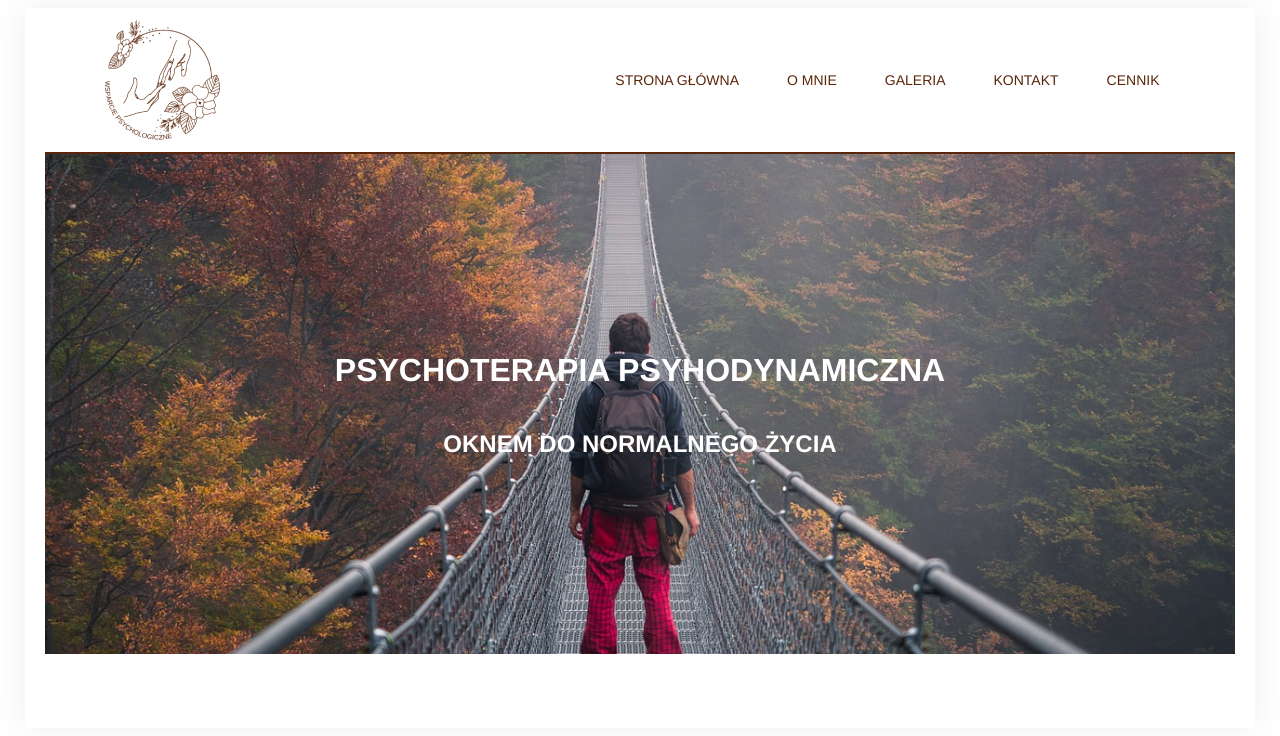
Repository: Kondzioor/szczepan-page
Page: /
The author's editor kept a copy of each file at every save. The page is drawn from the files as they stood at one save, then again after the next save.
The browser window is 1280 px wide. The pictures show the whole page.
Some web libraries are served in a nearby version. The project was rebuilt for these pictures with package versions that can differ from the ones it lists, and the page was loaded fresh each time.

Above is the page before, as saved 2022-03-28 20:47:13.

After the next save:
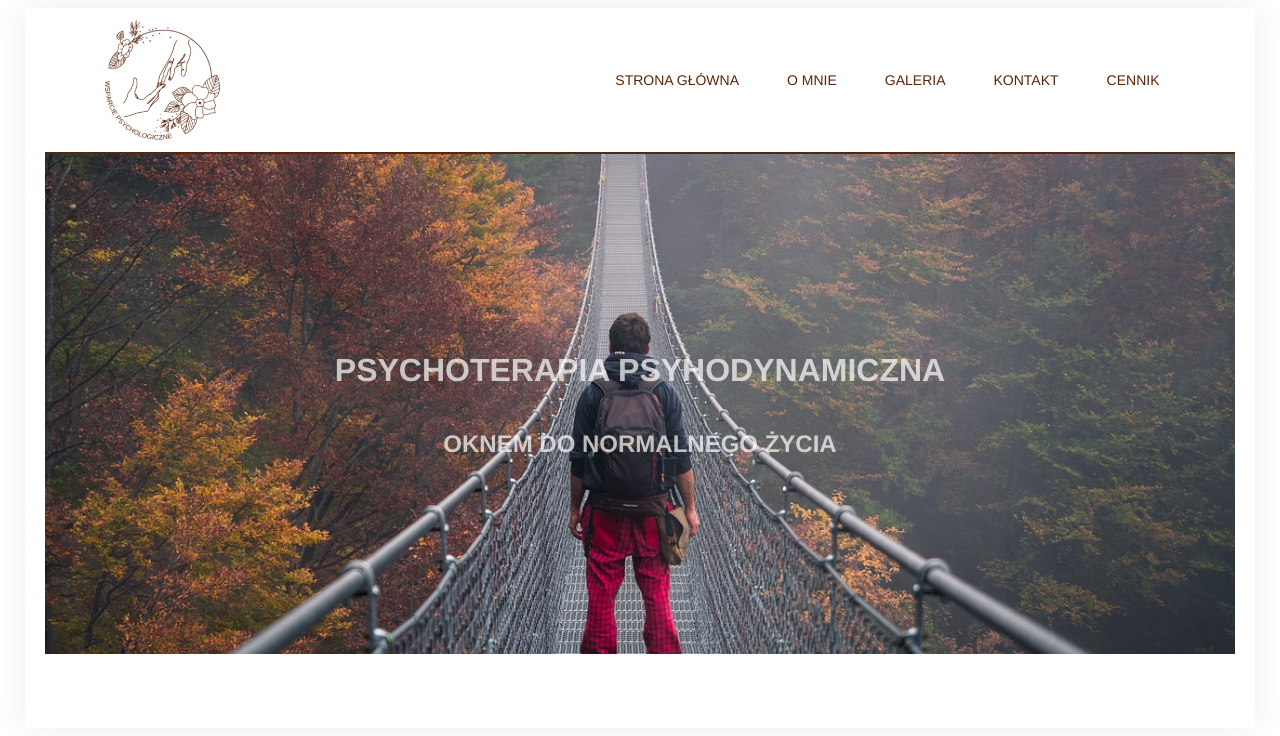
Saved 22 s later.
--- a/src/views/Home.vue
+++ b/src/views/Home.vue
@@ -17,7 +17,9 @@
     justify-content: center;
     color: white;
     text-transform: uppercase;
-    opacity: 1;
+}
+.container *{
+    opacity: 0.7;
 }
 
 </style>
